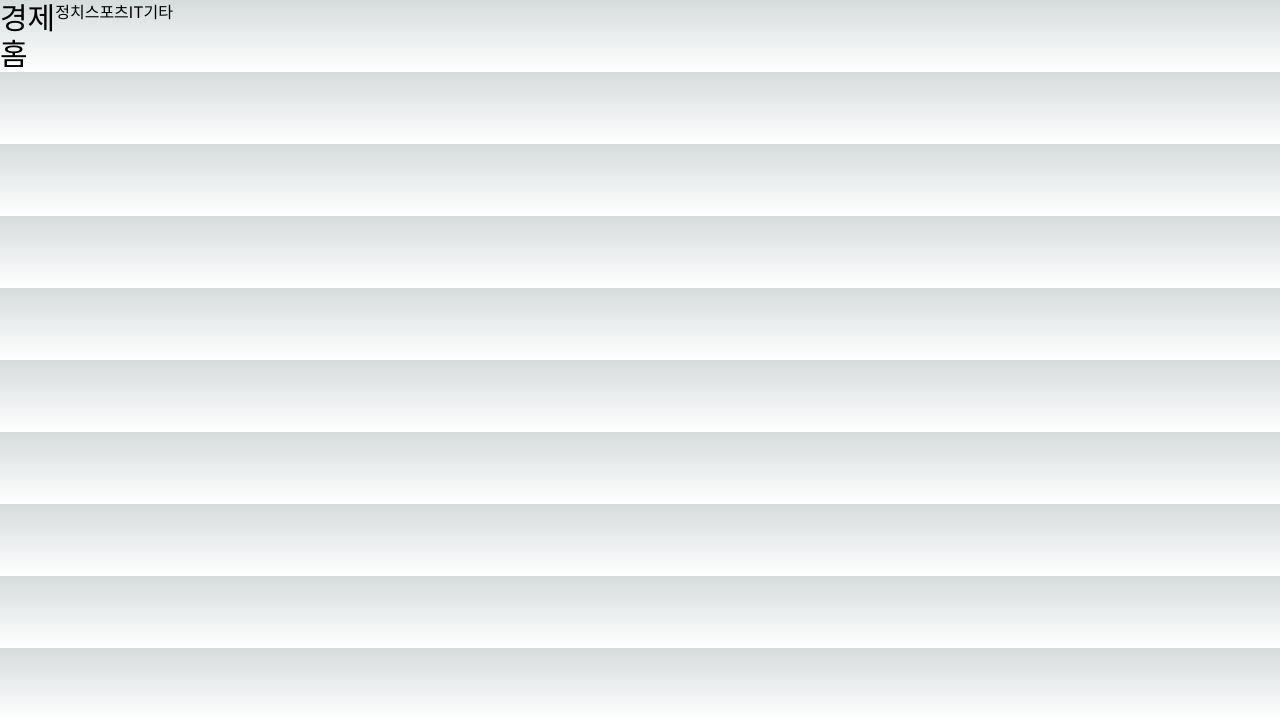
Repository: DataCodeLiteracy/news
Page: /
These files come from the project's save history. The page is drawn as it stood at one moment and after the next save; the edit follows.
The browser window is 1280 px wide. The pictures show the whole page.
The project was rebuilt for these pictures with package versions that can differ from the ones it lists, and the page was loaded fresh each time. The framework's server and built-in components were replaced by stand-ins that run in the browser. Also part of the build but not shown: next.config.js, src/app/page.module.css.

Above is the page before, as saved 2023-10-18 12:56:02.

After the next save:
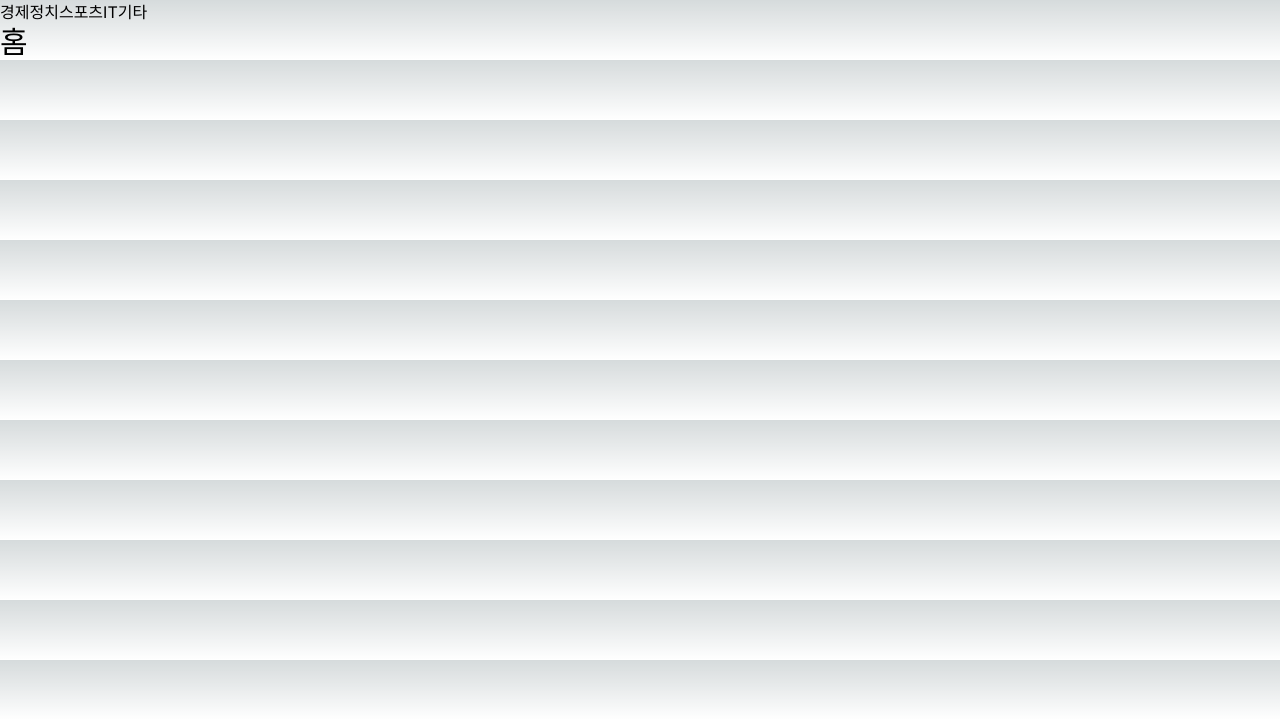
Saved 5 s later.
--- a/src/app/layout.jsx
+++ b/src/app/layout.jsx
@@ -14,7 +14,7 @@ export default function RootLayout({ children }) {
       <body className={inter.className}>
         <nav>
           <ul className="flex">
-            <li className="text-3xl">경제</li>
+            <li>경제</li>
             <li>정치</li>
             <li>스포츠</li>
             <li>IT</li>
